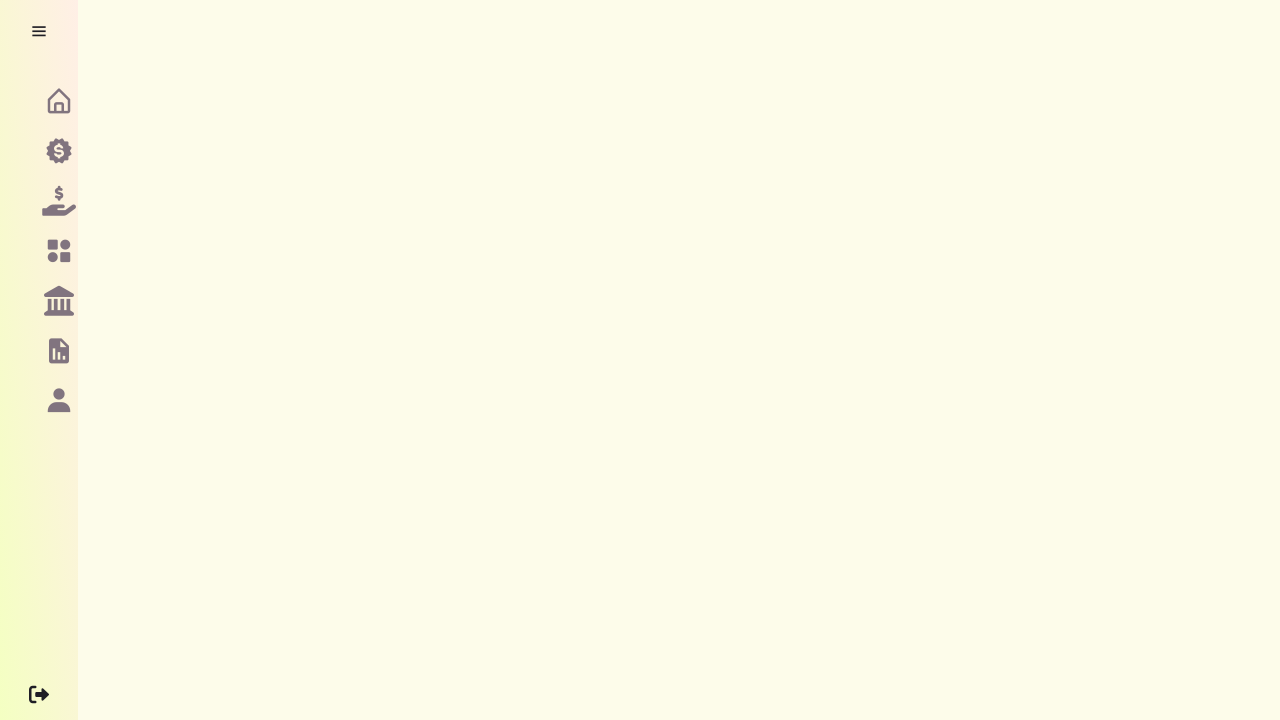
Repository: Dien973/expense_manager
Page: http://localhost/expense_manager/user_page/home.php
An editor plug-in stored every save of this project. The page is shown before and after the next save, followed by the edit.
The browser window is 1280 px wide. The pictures show the whole page.
The page is run by PHP 8.4 with error messages shown; the project is at /var/www/html/.

Above is the page before, as saved 2025-12-06 13:31:09.

### user_page/home.php
<?php

@include '../config.php';
session_start();
?>

<!DOCTYPE html>
<html lang="en">
<head>
    <meta charset="UTF-8">
   <meta http-equiv="X-UA-Compatible" content="IE=edge">
   <meta name="viewport" content="width=device-width, initial-scale=1.0">
   <title>Trang Chủ</title>

   <!-- font awesome cdn link  -->
   <link rel="stylesheet" href="https://cdnjs.cloudflare.com/ajax/libs/font-awesome/6.0.0/css/all.min.css">
   <link href='https://unpkg.com/boxicons@2.0.9/css/boxicons.min.css' rel='stylesheet'>

   <!-- custom css file link  -->
   <link rel="stylesheet" href="../css/main.css">
   <link rel="stylesheet" href="../css/sidebar.css">
</head>
<body>
    <?php @include 'silebar.php'; ?>
</body>
</html>

### config.php
<?php
// Kết nối đến cơ sở dữ liệu MySQL
$servername = "localhost";
$username = "root";
$password = "";
$dbname = "qly_chi_tieu";

// Tạo kết nối
$conn = mysqli_connect($servername, $username, $password, $dbname);

// Kiểm tra kết nối
if (!$conn) {
    die("Connection failed: " . mysqli_connect_error());
}
?>

### user_page/silebar.php

<header class="header">
    <div class="sidebar">
        <div class="logo-content">
            <div class="logo">
                <i class='bx bx-dollar-circle'></i>
                <div class="logo-name">Monee</div>
            </div>
            <i class="bx bx-menu" id="btn"></i>
        </div>
        <ul class="nav-list">
            <li>
                <a href="home.php">
                    <i class="bx bx-home-alt"></i>
                    <span class="links-name">Trang Chủ</span>
                </a>
                    <span class="tooltip">Trang Chủ</span>
            </li>
            <li>
                <a href="income.php">
                    <i class='bx bxs-badge-dollar' ></i>
                    <span class="links-name">Thu Nhập</span>
                </a>
                    <span class="tooltip">Thu Nhập</span>
            </li>
            <li>
                <a href="expense.php">
                    <i class="fa-solid fa-hand-holding-dollar"></i>
                    <span class="links-name">Chi Tiêu</span>
                </a>
                    <span class="tooltip">Chi Tiêu</span>
            </li>
            <li>
                <a href="category.php">
                    <i class='bx bxs-category-alt' ></i>
                    <span class="links-name">Doanh Mục</span>
                </a>
                    <span class="tooltip">Doanh Mục</span>
            </li>
            <li>
                <a href="budget.php">
                    <i class="fa-solid fa-landmark"></i>
                    <span class="links-name">Ngân Sách</span>
                </a>
                    <span class="tooltip">Ngân Sách</span>
            </li>
            <li>
                <a href="report.php">
                    <i class='bx bxs-report' ></i>
                    <span class="links-name">Báo Cáo</span>
                </a>
                    <span class="tooltip">Báo Cáo</span>
            </li>
            <li>
                <a href="account.php">
                    <i class='bx bxs-user' ></i>
                    <span class="links-name">Tài Khoản</span>
                </a>
                    <span class="tooltip">Tài Khoản</span>
            </li>
        </ul>

        <div class="logout-item">
            <a href="../account/logout.php">
                <div class="logout">
                    <div class="logout-name">Đăng Xuất</div>
                </div>
                <i class="fa-solid fa-right-from-bracket" id="btn"></i>
            </a>
    </div>


    </div>

    <script>
        let btn = document.querySelector("#btn");
        let sidebar = document.querySelector(".sidebar");

        btn.onclick = function(){
            sidebar.classList.toggle("active");
        }
    </script>
</header>

### css/main.css
body {
  background-color: rgb(253, 252, 234);
}
/*----------FORM ĐĂNG NHẬP------------*/
.form-container {
  display: flex;
  align-items: center;
  justify-content: center;
  min-height: 100vh;
}

.form-container form {
  padding: 1.5rem;
  border-radius: 0.5rem;
  border: #000 solid 2px;
  background-color: #ffffff;
  box-shadow: 0 0.5rem 1rem rgba(0, 0, 0, 0.1);
  width: 50rem;
  text-align: center;
}

.form-container form h3 {
  font-size: 2.5rem;
  text-transform: uppercase;
  color: #000;
  margin-bottom: 1rem;
}

.form-container form .box {
  width: 100%;
  padding: 1.2rem 1.4rem;
  font-size: 1.8rem;
  color: #000;
  border: #000 solid 2px;
  background-color: #fff;
  margin: 1rem 0;
  border-radius: 0.5rem;
  position: relative;
}

.form-container form i {
  color: #000;
  font-size: 2.5rem;
  margin-right: 1rem;
}

.form-container form p,
.form-container form .forgot-pwd {
  margin-top: 1.5rem;
  font-size: 2rem;
  color: #666;
}

.form-container form p a,
.form-container form .forgot-pwd a {
  color: #9e9d9d;
}

.form-container form p a:hover,
.form-container form .forgot-pwd a:hover {
  color: #567bb2;
}

/*-- forgot password --*/
.form-container form .forgot-pwd {
  margin-top: 1rem;
  margin-bottom: 1rem;
  font-size: 2rem;
}

/*--- BUTTON ---*/
.btn {
  display: inline-block;
  border-radius: 0.5rem;
  margin-top: 1rem;
  font-size: 1.8rem;
  color: #494848;
  cursor: pointer;
  padding: 1rem 3rem;
  text-transform: capitalize;
}

.btn {
  background-color: rgb(243, 241, 200);
}

.btn:hover {
  background-color: rgb(255, 252, 212);
}

/* --- EYE TRONG Ô INPUT --- */

.form-container form .inpt {
  position: relative;
  display: flex;
  align-items: center;
}

.form-container form .inpt input.box {
  width: 100%;
  padding-right: 45px;
  box-sizing: border-box;
}

.form-container form .toggle-eye,
.form-container form .eye {
  position: absolute !important;
  right: 15px !important;
  top: 50% !important;
  transform: translateY(-50%) !important;
  font-size: 42px;
  cursor: pointer;
  color: #aaa;
  z-index: 10;
}

/*---------- THÔNG BÁO------------*/
.message-overlay {
  position: fixed;
  top: 0;
  left: 0;
  width: 100%;
  height: 100%;
  background: rgba(0, 0, 0, 0.5);
  display: flex;
  justify-content: center;
  align-items: center;
  z-index: 20000;
}

/* Hộp thông báo */
.message-box {
  background: #fff;
  padding: 2rem 3rem;
  border-radius: 10px;
  text-align: center;
  min-width: 350px;
  max-width: 80%;
  box-shadow: 0 10px 25px rgba(0, 0, 0, 0.3);
  position: relative;
  animation: popupShow 0.25s ease-out;
}

/* Nội dung */
.message-box span {
  font-size: 2rem;
  color: #000;
}

/* Icon đóng */
.message-box i {
  position: absolute;
  top: 10px;
  right: 12px;
  font-size: 2.2rem;
  color: #c0392b;
  cursor: pointer;
  transition: 0.2s;
}

.message-box i:hover {
  transform: rotate(90deg);
}

/* Animation hiển thị */
@keyframes popupShow {
  from {
    opacity: 0;
    transform: scale(0.8);
  }
  to {
    opacity: 1;
    transform: scale(1);
  }
}

### css/sidebar.css
@import url("https://fonts.googleapis.com/css2?family=Poppins:wght@100;200;300;400;500;600&display=swap");
* {
  margin: 0;
  padding: 0;
  box-sizing: border-box;
  font-family: "Poppins", sans-serif;
}
body {
  position: relative;
  min-height: 100vh;
  width: 100%;
  overflow: hidden;
}
.sidebar {
  position: fixed;
  display: flex;
  flex-direction: column;
  width: 78px;
  height: 100%;
  top: 0;
  left: 0;
  background: linear-gradient(to top right, #f4ffc2, #ffefe6);
  padding: 6px 14px;
  transition: all 0.5s ease;
}

.sidebar .logo-content .logo {
  display: flex;
  align-items: center;
  height: 50px;
  width: 100%;
  color: #1f1e25;

  opacity: 0;
  pointer-events: none;
}
.logo-content .logo i {
  font-size: 28px;
  margin-right: 5px;
}
.logo-content .logo .logo-name {
  font-size: 20px;
  font-weight: 400;
}

.sidebar #btn {
  position: absolute;
  color: #1f1e25;
  left: 50%;
  top: 6px;
  font-size: 20px;
  height: 50px;
  width: 50px;
  text-align: center;
  line-height: 50px;
  transform: translateX(-50%);
}

.sidebar ul {
  margin-top: 20px;
  flex: 1;
}
.sidebar ul li {
  position: relative;
  height: 50px;
  width: 100%;
  margin: 0 20px;
  list-style: none;
  line-height: 50px;
}
.sidebar ul li a {
  color: #81747f;
  display: flex;
  align-items: center;
  text-decoration: none;
  border-radius: 15px;
  transition: all 0.2s ease-in;
  white-space: nowrap;
}

.sidebar ul li i {
  font-size: 30px;
  height: 50px;
  min-width: 50px;
  border-radius: 12px;
  line-height: 50px;
  text-align: center;
}
.sidebar ul li a:hover {
  color: #000;
  font-weight: 600;
  background: rgba(255, 255, 255, 0.25);
}

.sidebar ul li .tooltip {
  position: absolute;
  left: 122px;
  top: 0;
  transform: translate(-50%, -50%);
  border-radius: 6px;
  height: 35px;
  width: 122px;
  background: rgba(255, 255, 255, 0.4);
  line-height: 35px;
  text-align: center;
  box-shadow: 0 5px 10px rgba(0, 0, 0, 0.2);
  transition: 0s;
  opacity: 0;
  pointer-events: none;
  display: block;
}
.sidebar ul li:hover .tooltip {
  transition: all 0.3s ease;
  top: 50%;
  opacity: 1;
}

.sidebar.active {
  width: 240px;
}
.sidebar.active .logo-content .logo {
  opacity: 1;
  pointer-events: none;
}

.sidebar.active #btn {
  left: 90%;
}

.sidebar.active ul li .tooltip {
  display: none;
}
.sidebar .links-name {
  opacity: 0;
  pointer-events: none;
  transition: all 0.5s ease;
}
.sidebar.active .links-name {
  opacity: 1;
  pointer-events: auto;
}

/* logout*/
.sidebar .logout-item {
  display: flex;
  cursor: pointer;
  position: relative;
}

.logout-item .logout i {
  min-width: 40px;
  text-align: center;
  font-size: 20px;
}

/**/
.sidebar .logout-item .logout {
  display: flex;
  align-items: center;
  height: 50px;
  width: 100%;
  color: #81747f;
  opacity: 0;
  pointer-events: none;
  transition: all 0.5s ease;
}

.sidebar.active .logout-item .logout {
  opacity: 1;
  pointer-events: none;
}

.logout-item .logout .logout-name {
  font-size: 20px;
  font-weight: 400;
}

.sidebar .logout-item:hover {
  transition: all 0.3s ease;
  top: 50%;
  opacity: 1;
}

After the next save:
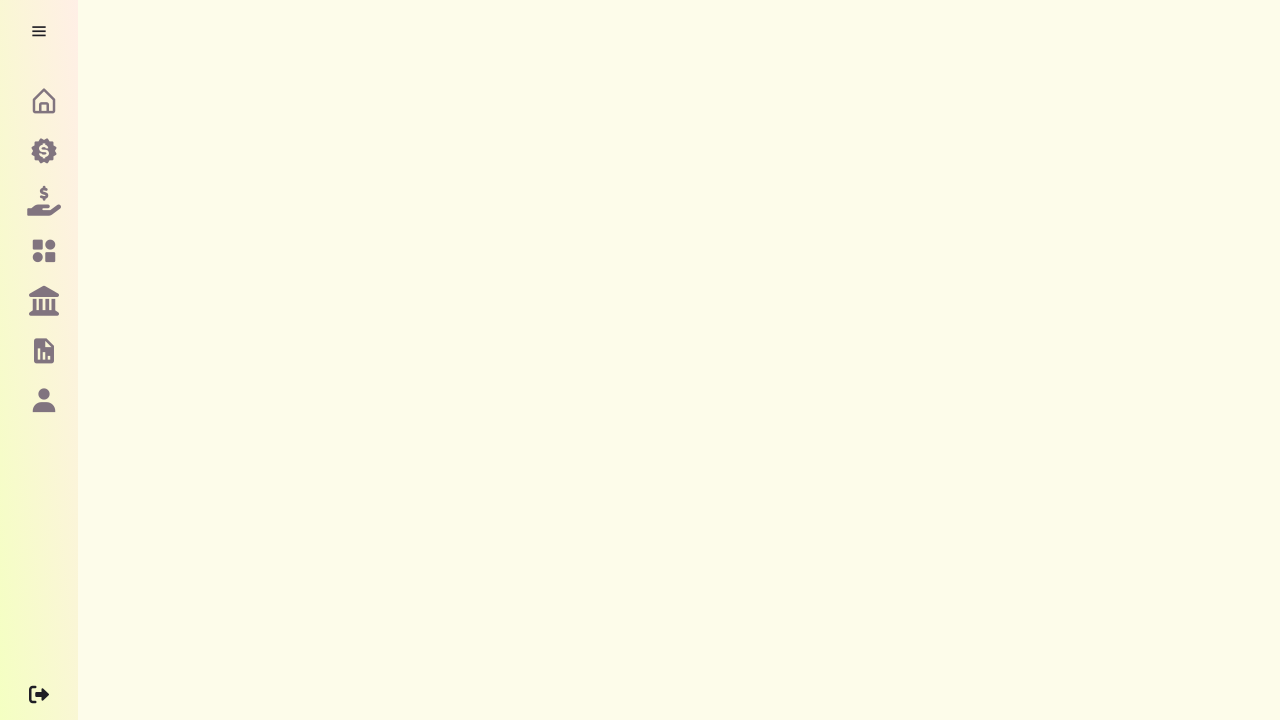
Saved 16 s later.
--- a/css/sidebar.css
+++ b/css/sidebar.css
@@ -64,7 +64,7 @@ body {
   position: relative;
   height: 50px;
   width: 100%;
-  margin: 0 20px;
+  margin: 0 5px;
   list-style: none;
   line-height: 50px;
 }
